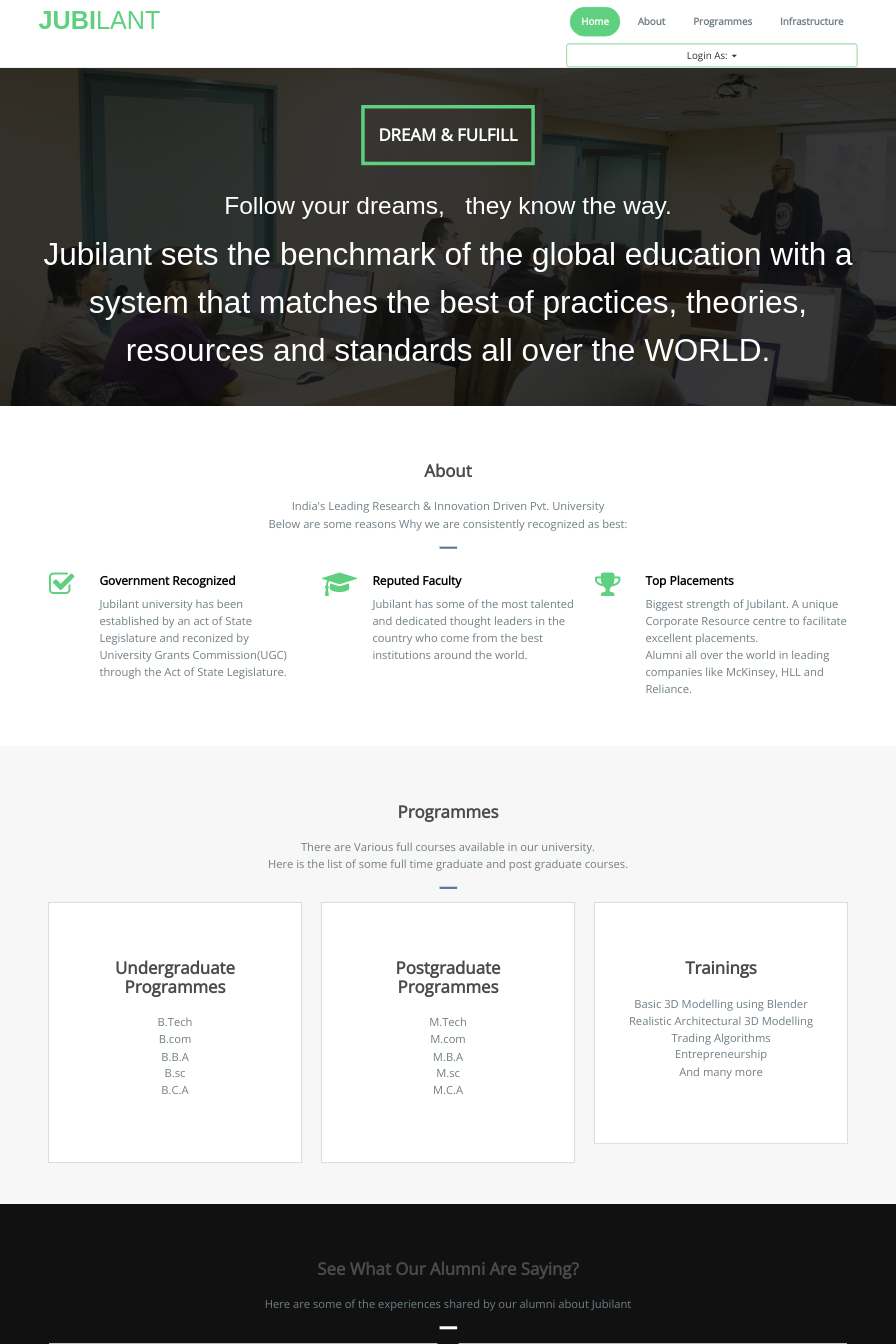
Repository: GauravC8/UMS
Page: http://localhost/login/WEB-INF/index.jsp
An editor plug-in stored every save of this project. The page is shown before and after the next save, followed by the edit.
The browser window is 1280 px wide. The pictures show the part of the page from y = 0 to 1920 px (the page is 3363 px tall), at 70% of full size.
Some web fonts or font styles are not loaded; a fallback is used. The page is served by Tomcat 9. Nobody is signed in. Other server files are loaded and not shown. The template is opened directly, without the code that normally fills it, so the values that code supplies are empty.

Above is the page before, as saved 2019-04-08 11:04:35.

### login/src/main/webapp/WEB-INF/index.jsp
<%@ page language="java" contentType="text/html; charset=ISO-8859-1"
	pageEncoding="ISO-8859-1"%>
<%@ taglib uri="http://www.springframework.org/tags/form" prefix="form"%>
<%@taglib prefix="c" uri="http://java.sun.com/jsp/jstl/core"%>

<!DOCTYPE html>
<html lang="en">

<head>
<meta charset="utf-8">
<meta name="viewport" content="width=device-width, initial-scale=1">
<title>UMS</title>

<link rel="stylesheet" type="text/css"
	href="https://fonts.googleapis.com/css?family=Open+Sans|Candal|Alegreya+Sans">
<link rel="stylesheet" type="text/css"
	href="resources/css/font-awesome.min.css">
<link rel="stylesheet" type="text/css"
	href="resources/css/bootstrap.min.css">
<link rel="stylesheet" type="text/css"
	href="resources/css/imagehover.min.css">
<link rel="stylesheet" type="text/css" href="resources/css/style.css">

</head>

<body>
	<!--Navigation bar-->
	<nav class="navbar navbar-default navbar-fixed-top">
		<div class="container">
			<div class="navbar-header">
				<button type="button" class="navbar-toggle" data-toggle="collapse"
					data-target="#myNavbar"></button>
				<a class="navbar-brand" href="index.html">Jubi<span>lant</span></a>
			</div>
			<div class="collapse navbar-collapse" id="myNavbar">
				<ul class="nav navbar-nav navbar-right">
					<li class="btn-trial"><a href="#Home">Home</a></li>
					<li><a href="#about">About</a></li>
					<li><a href="#programmes">Programmes</a></li>
					<li><a href="#infrasturcture">Infrastructure</a></li>

						<div class="dropdown">
							<button class="btn-trial btn-default dropdown-toggle form-control"
								type="button" id="menu1" data-toggle="dropdown">
								Login As: <span class="caret"></span>
							</button>
							<ul class="dropdown-menu" role="menu" aria-labelledby="menu1">
								<li role="presentation"><a role="menuitem" tabindex="-1"
									href="user/loginForm">Student</a></li>
								<li role="presentation"><a role="menuitem" tabindex="-1"
									href="user/loginForm">Faculty</a></li>
								<li role="presentation"><a role="menuitem" tabindex="-1"
									href="user/loginForm">Admin</a></li>
							</ul>
						</div>
					</li>

				</ul>
			</div>
		</div>
	</nav>
	<!--/ Navigation bar-->


	<!--Modal box-->
	<div class="modal fade" id="login" role="dialog">
		<div class="modal-dialog modal-sm">

			<!-- Modal content no 1-->
			<div class="modal-content">
				<div class="modal-header">
					<button type="button" class="close" data-dismiss="modal">&times;</button>
					<h4 class="modal-title text-center form-title">Login</h4>
				</div>
				<div class="modal-body">

					<div class="login-box-body">
						<%-- <form:form action="user/loginUser" class="form-horizontal"
							method="post" modelAttribute="user">
							<div class="form-group">
								<label for="emailId" class="col-md-3 control-label">Email</label>
								<div class="col-md-9">
									<form:input name="emailId" path="emailId"
										cssClass="form-control" />
								</div>
							</div>

							<div class="form-group">
								<label for="password" class="col-md-3 control-label">Password</label>
								<div class="col-md-9">
									<form:password name="password" path="password"
										cssClass="form-control" />
								</div>
							</div>
							<div class="form-group">
								<!-- Button -->
								<div class="col-md-offset-3 col-md-9">
									<form:button cssClass="btn btn-primary">Login</form:button>
								</div>
							</div>
							<div style="color: red">${error}</div>

						</form:form> --%>
					</div>
				</div>
			</div>
		</div>

	</div>
	<!--/ Modal box-->


	<!--Banner-->
	<div class="banner"
		style="background: url('resources/images/bg-banner.jpg') no-repeat center top">
		<div class="bg-color">
			<div class="container">
				<div class="row">
					<div class="banner-text text-center">
						<div class="text-border">
							<h2 class="text-dec">Dream & Fulfill</h2>
						</div>
						<div class="intro-para text-center quote">
							<p class="big-text">Follow your dreams, &nbsp they know the
								way.<p><p class="small-t
							ext">Jubilant sets the benchmark of the
								global education with a system that matches the best of
								practices, theories, resources and standards all over the WORLD.</p>
						</div>

					</div>
				</div>
			</div>
		</div>
	</div>
	<!--/ Banner-->
	<!--About-->
	<section id="about" class="section-padding">
		<div class="container">
			<div class="row">
				<div class="header-section text-center">
					<h2>About</h2>
					<p>
						India's Leading Research & Innovation Driven Pvt. University<br>
						Below are some reasons Why we are consistently recognized as best:
					</p>
					<hr class="bottom-line">
				</div>

				<div class="about">
					<div class="col-md-4">
						<div class="heading pull-right">
							<h4>Government Recognized</h4>
							<p>Jubilant university has been established by an act of
								State Legislature and reconized by University Grants
								Commission(UGC) through the Act of State Legislature.</p>
						</div>
						<div class="about-img pull-left">
							<i class="fa fa-check-square-o"></i>
						</div>
					</div>
				</div>
				<div class="about">
					<div class="col-md-4">
						<div class="heading pull-right">
							<h4>Reputed Faculty</h4>
							<p>Jubilant has some of the most talented and dedicated
								thought leaders in the country who come from the best
								institutions around the world.</p>
						</div>
						<div class="about-img pull-left">
							<i class="fa fa-graduation-cap"></i>
						</div>
					</div>
				</div>
				<div class="about">
					<div class="col-md-4">
						<div class="heading pull-right">
							<h4>Top Placements</h4>
							<p>
								Biggest strength of Jubilant. A unique Corporate Resource centre
								to facilitate excellent placements.<br> Alumni all over the
								world in leading companies like McKinsey, HLL and Reliance.
							</p>
						</div>
						<div class="about-img pull-left">
							<i class="fa fa-trophy"></i>
						</div>
					</div>
				</div>

			</div>
		</div>
	</section>
	<!--/ About-->

	<!--Programs-->
	<section id="programmes" class="section-padding">
		<div class="container">
			<div class="row">
				<div class="header-section text-center">
					<h2>Programmes</h2>
					<p>
						There are Various full courses available in our university.<br>
						Here is the list of some full time graduate and post graduate
						courses.
					</p>
					<hr class="bottom-line">
				</div>
				<div class="col-md-4 col-sm-6">
					<div class="service-box text-center">
						<h2>Undergraduate Programmes</h2>
						<p>
							B.Tech<br>B.com<br>B.B.A<br>B.sc<br>B.C.A
						</p>
					</div>
				</div>
				<div class="col-md-4 col-sm-6">
					<div class="service-box text-center">
						<h2>Postgraduate Programmes</h2>
						<p>
							M.Tech<br>M.com<br>M.B.A<br>M.sc<br>M.C.A
						</p>
					</div>
				</div>
				<div class="col-md-4 col-sm-6">
					<div class="service-box text-center">
						<h2>Trainings</h2>
						<p>
							Basic 3D Modelling using Blender<br>Realistic Architectural
							3D Modelling<br>Trading Algorithms<br>Entrepreneurship<br>And
							many more
						</p>
					</div>
				</div>
			</div>
		</div>
	</section>
	<!--/ programmes-->

	<!--Testimonial-->
	<section id="testimonial" class="section-padding">
		<div class="container">
			<div class="row">
				<div class="header-section text-center">
					<h2 class="white">See What Our Alumni Are Saying?</h2>
					<p class="white">Here are some of the experiences shared by our
						alumni about Jubilant</p>
					<hr class="bottom-line bg-white">
				</div>
				<div class="col-md-6 col-sm-6">
					<div class="text-comment">
						<p class="text-par">"Life in Jubilant has been a breathtaking
							experience.All the faculty members,mentors and everyone in
							Jubilant family have been a great help and a strong support. This
							place has immensely added to my persona and I will always cherish
							the memories I shared with this place."</p>

						<p class="text-name">
							Himani Gupta- MBA in Competitive Intelligence<br>
							Batch:2012-14
						</p>
					</div>
				</div>
				<div class="col-md-6 col-sm-6">
					<div class="text-comment">
						<p class="text-par">"Jubilant has been a completely enriching
							experience. I have acquired lot of confidence through various
							plaforms provided by College such as Sangathan, Youth Fest etc
							which gave us opportunity to present our innate creativity and
							talent. The faculty is very supportive and ready to help
							anytime."</p>
						<p class="text-name">
							Anita Kumari - B.sc(Fashion Design)<br>Batch:2011-14
						</p>
					</div>
				</div>
			</div>
		</div>
	</section>
	<!--/ Testimonial-->
	<!--Infrastructure-->
	<section id="infrasturcture" class="section-padding">
		<div class="container">
			<div class="row">
				<div class="header-section text-center">
					<h2>Infrastructure</h2>
					<p></p>
					<hr class="bottom-line">
				</div>
			</div>
		</div>
		<div class="container">
			<div class="row">
				<div class="col-md-4 col-sm-6 padleft-right">
					<figure class="imghvr-fold-up">
						<img src="resources/images/library.jfif" class="img-responsive">
						<figcaption>
							<h3>Library</h3>
							<p>Synonymous with the abode of knowledge, the six libraries
								at Jubilant are stocked with the lakhs of books and thousands of
								journals to propel the wisdom growth of the students. These
								libraries are frequently updated with new books and other useful
								study material for students.</p>
						</figcaption>
						<a href="#"></a>
					</figure>
				</div>
				<div class="col-md-4 col-sm-6 padleft-right">
					<figure class="imghvr-fold-up">
						<img src="resources/images/classroom.jfif" class="img-responsive">
						<figcaption>
							<h3>Syndicate Rooms</h3>
							<p>
								300 students can brainstorm at the same time in 50 Syndicate
								Rooms.<br>The Syndicate Rooms provide the perfect setting
								to acquire team skills through exercises like brain-storming
								sessions, group discussions, role-plays etc.
							</p>
						</figcaption>
						<a href="#"></a>
					</figure>
				</div>
				<div class="col-md-4 col-sm-6 padleft-right">
					<figure class="imghvr-fold-up">
						<img src="resources/images/auditorium.jfif" class="img-responsive">
						<figcaption>
							<h3>Auditorium</h3>
							<p>State-of-the-art auditoriums with a combined seating
								capacity of over 3,500 act as a common ground for students,
								faculty and corporate personalities for regular interfaces,
								conferences and other events.</p>
						</figcaption>
						<a href="#"></a>
					</figure>
				</div>
				<div class="col-md-4 col-sm-6 padleft-right">
					<figure class="imghvr-fold-up">
						<img src="resources/images/play.jfif" class="img-responsive">
						<figcaption>
							<h3>Playground</h3>
							<p>At Jubilant,sports form one of the important aspects of a
								student's development.From increasing concentration levels and
								working as a team to inculcating a winning spirit;sports help
								students build a strong character.</p>
						</figcaption>
						<a href="#"></a>
					</figure>
				</div>
				<div class="col-md-4 col-sm-6 padleft-right">
					<figure class="imghvr-fold-up">
						<img src="resources/images/hostel.jfif" class="img-responsive">
						<figcaption>
							<h3>Hostel Accomodation</h3>
							<p>Jubilant offers comprehensive hostel facilities for boys
								and girls separately within the University Campus.Caring wardens
								and a vigilant security ensures a pleasant stay allowing
								students to focus on academics.</p>

					</figure>
				</div>
				<div class="col-md-4 col-sm-6 padleft-right">
					<figure class="imghvr-fold-up">
						<img src="resources/images/labs.jfif" class="img-responsive">
						<figcaption>
							<h3>Laboratory</h3>
							<p>The specialised biotechnology laboratories are equipped to
								conduct advanced practical and research work.Jubilant has over
								300 labs where students experiment and bring to practice what
								they have learnt in theory.</p>
						</figcaption>
						<a href="#"></a>
					</figure>
				</div>
			</div>
		</div>
	</section>
	<!--/ Courses-->




	<!--Footer-->
	<footer id="footer" class="footer">
		<div class="container text-center">

			<h3>For More Information</h3>


			<!-- End newsletter-form -->
			<ul class="social-links">
				<li><a href="#link"><i class="fa fa-twitter fa-fw"></i></a></li>
				<li><a href="#link"><i class="fa fa-facebook fa-fw"></i></a></li>
				<li><a href="#link"><i class="fa fa-google-plus fa-fw"></i></a></li>
				<li><a href="#link"><i class="fa fa-dribbble fa-fw"></i></a></li>
				<li><a href="#link"><i class="fa fa-linkedin fa-fw"></i></a></li>
			</ul>
			All rights reserved

		</div>
	</footer>
	<!--/ Footer-->

	<script src="resources/js/jquery.min.js"></script>
	<script src="resources/js/jquery.easing.min.js"></script>
	<script src="resources/js/bootstrap.min.js"></script>
	<script src="resources/js/custom.js"></script>
	<script src="resources/contactform/contactform.js"></script>

</body>

</html>

### login/src/main/webapp/WEB-INF/resources/css/style.css

body {
	font-size: 15px;
    line-height: 1.52;
    color: #717f86;
    font-size: 16px;
	font-family: 'Open Sans', sans-serif;
    font-weight: 400;
}
ol, ul {
	list-style: none;
}
blockquote, q {
	quotes: none;
}
blockquote:before, blockquote:after,
q:before, q:after {
	content: '';
	content: none;
}
table {
	border-collapse: collapse;
	border-spacing: 0;
}
.section-padding{
	padding: 60px 0px;
}
h1, h2, h3, h4, h5, h6{
    font-family: Open Sans, sans-serif;
    font-weight: 700;
    color: #4B4B4C;
}
a{
    color: #5fcf80;
}
a:hover, a:focus{
    color: #5fcf80;
}
/***********************************
Navigation bar
************************************/
.navbar-default .navbar-brand {
    color: #5FCF80;
}
.navbar-default {
    background-color: #ffffff;
}

.navbar-default .navbar-nav > li > a {
    color: #717f86;
    font-size: 14px;
    font-weight: 700;
}
.navbar-nav > li > a{
	padding: 0px;
	margin: 10px 5px;
	padding: 10px 15px;
}
.navbar-default .navbar-nav > li > a:focus, .navbar-default .navbar-nav > li > a:hover
{
	color: #5FCF80;
}
.btn {


background-color: #5FCF80;
	border-radius: 50px;
	color: #ffffff !important;
	border: 1px solid #5FCF80;
	margin-top: 15px;
}
.navbar-nav .active a{
    background: none !important;
    color: #5FCF80 !important;
    outline: none;
}

.btn-trial a{
	background-color: #5FCF80;
	border-radius: 25px;
	color: #ffffff !important;
	border: 1px solid #5FCF80;
}
.btn-trial a:hover, .btn-trial a:focus{
	border: 1px solid #5FCF80;
	background-color: #fff;
	color: #5FCF80 !important;
}
.navbar-default .navbar-brand {
    font-family: 'Dosis', sans-serif !important;
    font-weight: 700;
    text-transform: uppercase;
    padding: 0px;
    height: inherit;
    font-size: 36px;
    margin: 20px 0px;
}
.navbar-default .navbar-brand span{
	font-weight: 100 !important;
}
.navbar {
    margin-bottom: 0px;
}
.padding-zero{
	padding: 0px;
}
.mart20{
	margin-top: 20px;
}
/***********************************
Banner
************************************/
.banner{
	background: url('resources/images/bg-banner.jpg') no-repeat center top;
    background-size: cover;
	min-height: 580px;
    position: relative;
}
.bg-color{
	background-color: RGBA(12, 11, 11, 0.82);
	min-height: 580px;
}
.text-dec{
	font-size: 24px;
	padding: 10px 20px;
    margin: 15px 0;
	text-transform: uppercase;
    color: #fff;
}
.text-border{
	border: 5px solid #5FCF80;
	display: inline-block;
	margin-top: 150px;
}
.intro-para{
	font-family: 'Alegreya Sans', sans-serif;
	font-size: 45px;
	color: #fff;
	margin-top: 30px;
}

.modal-dialog {
    width: 600px;
    margin: 150px auto;
}
.modal-content h4 {
    font-size: 1.5em;
    font-weight: 700;
}
.login-box-body {
    padding: 15px 30px;
}
.login-box-msg, .register-box-msg {
    margin: 0px;
    text-align: center;
    padding: 0px 20px 20px;
}
.form-title{
color:#5FCF80;
}
.form-control{
border-color:#5FCF80;
}
.modal-sm {
    width: 400px;
}
.padleft-right{
    padding-left: 5px;
    padding-right: 0px;
}
.big-text{
    font-size: 35px;
}
.small-text{
    font-size: 16px;
}
btn{
    background-color: #5fcf80;
    color: #fff;
    -webkit-transition: all 0.3s ease-in-out;
  -moz-transition: all 0.3s ease-in-out;
  transition: all 0.3s ease-in-out;
  margin-top: 10px;
}
.btn:hover,.btn:focus{
    background-color: black;
    color: #5fcf80;
    border-color: #fff;
     -webkit-transition: all 0.3s ease-in-out;
  -moz-transition: all 0.3s ease-in-out;
  transition: all 0.3s ease-in-out;
}
/***********************************
About
************************************/
h2{
	font-size: 24px;
	padding-bottom: 15px;
}
.bottom-line{
	width: 25px;
	height: 3px;
	background-color: rgb(99, 122, 145);
}
.about{
	margin-top: 25px;
}
.about-img {
  width: 20%;
}
.heading {
    width: 80%;
}
.about i {
    font-size: 39px;
    color: #5FCF80;
    margin-top: 7px;
}
.heading h4 {
    font-size: 17px;
    line-height: 1.25;
    font-weight: 700;
    color: #000;
    margin: 10px 0px;
    text-align: left;
}
.heading p {
  text-align: left;
}

/***********************************
Programmes
************************************/
#programmes {
    background-color: rgb(247, 247, 247);
}
.service-box{
    background: #fff;
    padding: 60px 30px 80px;
    box-shadow: 0px 0px 1px 1px rgba(0,0,0,0.1);
}



/***********************************
Testimonial
************************************/
#testimonial{
    background-color: #111;
}
.bg-white{
    background-color: #fff !important;
}
.text-comment{
  background-color: rgb(255, 255, 255);
  padding: 20px;
}
.text-par{
  font-size: 20px;
  padding-bottom: 15px;
}
/***********************************
Infrastructure
************************************/
[class*=" imghvr-"] figcaption, [class^="imghvr-"] figcaption {
    background-color: #5FCF80;
}
[class*=" imghvr-"], [class^="imghvr-"] {
    background-color: #5FCF80;
    color: #fff;
}

/***********************************
Footer
************************************/
.footer {
    padding: 60px 0 20px;
    background: #111;
    color: #ccc;
}
.footer a {
    color: #fff;
}

.footer h3{
	font-weight: 300;
	letter-spacing: 0.05em;
	margin: 0 0 40px;
	font-size: 24px;
}
.footer .form-control {
    border-radius: 30px;
    border: none;
    background: rgba(255,255,255,.1);
    padding-left: 30px;
    color: #e5e6e7;
    margin-bottom: 0;
    height: 48px;
}
.footer .social-links li a {
    color: #fff;
    font-size: 32px;
    line-height: 50px;
    border-radius: 50%;
    text-align: center;
    -webkit-transition: all .3s ease-out;
    transition: all .3s ease-out;
}
.footer .social-links li {
    display: inline-block;
    margin: 0 25px 25px;
    -webkit-transition: all .3s ease-out;
    transition: all .3s ease-out;
}
.footer .mc-trial {
    margin: 20px 0;
}
.footer .social-links {
    list-style: none;
    padding: 0;
    margin: 30px 0 40px;
    padding: 40px 0 0;
    border-bottom: 1px solid rgba(255,255,255,0.2);
}

.footer .form-control:focus{
    box-shadow: none;
}
/***********************************
************************************
Responsive media queries
************************************
***********************************/
@media (min-width: 769px) and (max-width: 980px) {
    .ser-text {
    font-size: 20px;
    }
    .service-box{
        margin-bottom: 30px;
    }
}
@media (min-width: 451px) and (max-width: 768px) {
    .ser-text {
    font-size: 20px;
    }
    .service-box{
        margin-bottom: 30px;
    }


}
@media (min-width: 20px) and (max-width: 450px) {
    .text-dec {
    font-size: 20px;
    }
    .big-text {
    font-size: 30px;
    }
    .small-text {
    font-size: 14px;
    }
    .intro-para {
    font-size: 30px;
    }
    .header-section p{
        font-size: 14px;
    }
    .heading {
    margin-bottom: 20px;
    }

    h3.det-txt {
    font-size: 28px;
    }

    .service-box, .text-comment{
        margin-bottom: 30px;
    }

    .footer .social-links li {
    margin: 0 5px 25px;
    }

    .modal-sm {
    width: 300px;
    }
    .login-box-body {
    padding: 15px 20px;
    }
    .navbar-default .navbar-brand{
        margin-left: 10px;
    }
    .navbar-default .navbar-nav > li > a{
        text-align: center;
    }
}

### login/src/main/webapp/WEB-INF/resources/js/custom.js
(function($) {

  // Navigation scrolls
  $(".navbar-nav li a").on('click', function(event) {
    $('.navbar-nav li').removeClass('active');
    $(this).closest('li').addClass('active');
    var $anchor = $(this);
    var nav = $($anchor.attr('href'));
    if (nav.length) {
      $('html, body').stop().animate({
        scrollTop: $($anchor.attr('href')).offset().top
      }, 1500, 'easeInOutExpo');

      event.preventDefault();
    }
  });
  $(".navbar-collapse a").on('click', function() {
    $(".navbar-collapse.collapse").removeClass('in');
  });

  // Add smooth scrolling to all links in navbar
  $("a.mouse-hover, a.get-quote").on('click', function(event) {
    var hash = this.hash;
    if (hash) {
      event.preventDefault();
      $('html, body').animate({
        scrollTop: $(hash).offset().top
      }, 1500, 'easeInOutExpo');
    }
  });
})(jQuery);

Loaded but not shown: login/src/main/webapp/WEB-INF/resources/css/font-awesome.min.css (library); login/src/main/webapp/WEB-INF/resources/css/bootstrap.min.css (library); login/src/main/webapp/WEB-INF/resources/css/imagehover.min.css (library); login/src/main/webapp/WEB-INF/resources/js/jquery.min.js (library); login/src/main/webapp/WEB-INF/resources/js/jquery.easing.min.js (library); login/src/main/webapp/WEB-INF/resources/js/bootstrap.min.js (library)

After the next save:
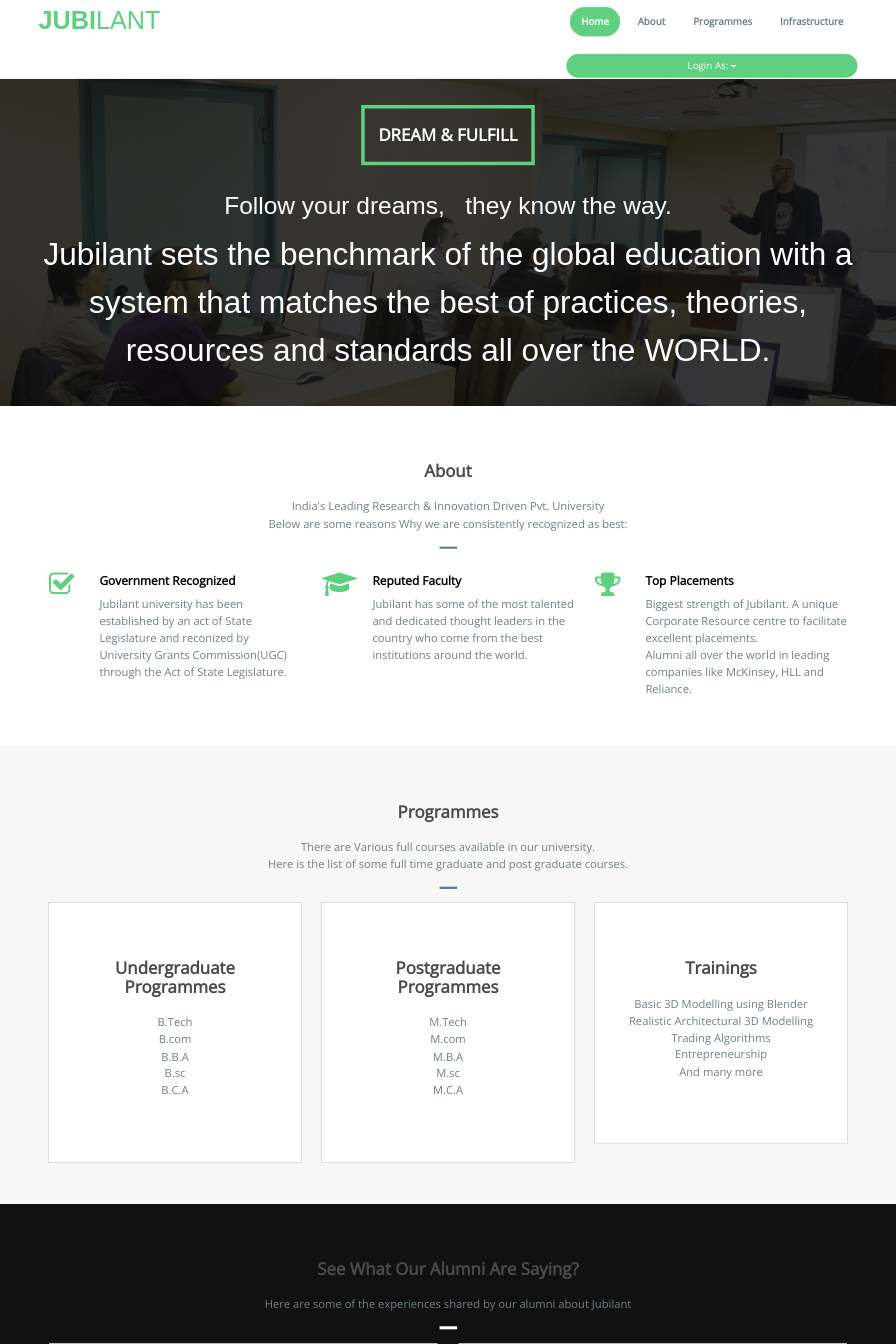
Saved 16 s later.
--- a/login/src/main/webapp/WEB-INF/index.jsp
+++ b/login/src/main/webapp/WEB-INF/index.jsp
@@ -40,7 +40,7 @@
 					<li><a href="#infrasturcture">Infrastructure</a></li>
 
 						<div class="dropdown">
-							<button class="btn-trial btn-default dropdown-toggle form-control"
+							<button class="btn btn-default dropdown-toggle form-control"
 								type="button" id="menu1" data-toggle="dropdown">
 								Login As: <span class="caret"></span>
 							</button>
